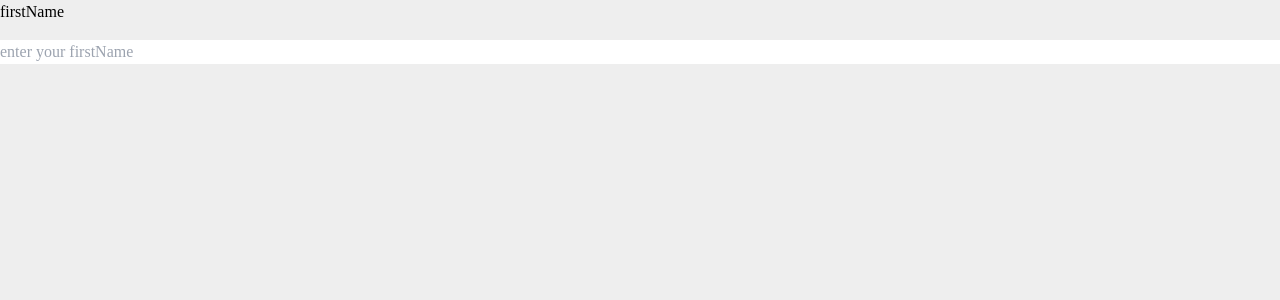
Repository: 16-Doffy/Fe-Khhoahoc
Page: /
The author's editor kept a copy of each file at every save. The page is drawn from the files as they stood at one save, then again after the next save.
The browser window is 1280 px wide. The pictures show the whole page.
The project was rebuilt for these pictures with package versions that can differ from the ones it lists, and the page was loaded fresh each time. Also part of the build but not shown: src/App.css.

Above is the page before, as saved 2025-02-11 04:29:03.

After the next save:
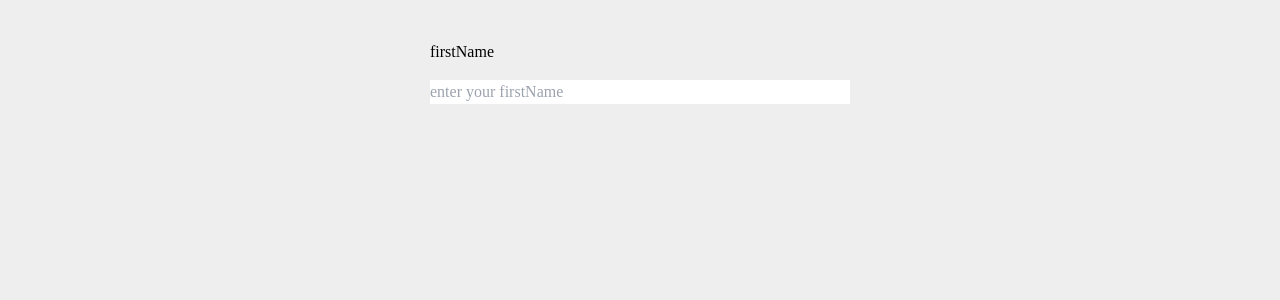
Saved 70 s later.
--- a/src/components/Form/SignUpForm.js
+++ b/src/components/Form/SignUpForm.js
@@ -2,7 +2,7 @@ import React from 'react';
 
 const SignUpForm = () => {
     return (
-        <div>
+        <div className='p-10 w-full max-w-[500px] mx-auto' >
            <div className='flex flex-col gap-4'>
             <label htmlFor="firstName">firstName</label>
             <input type="text" id='firstName' placeholder='enter your firstName'/>
